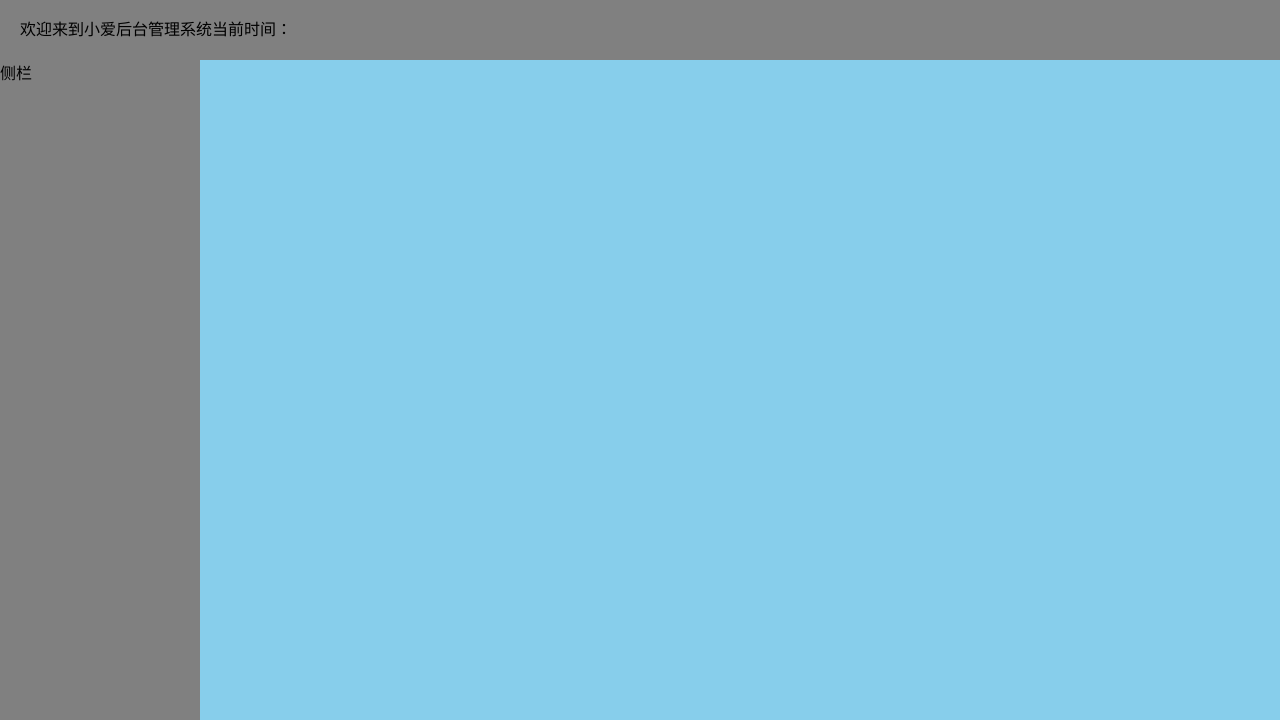
Repository: heyegang/vuex
Page: /
These files come from the project's save history. The page is drawn as it stood at one moment and after the next save; the edit follows.
The browser window is 1280 px wide. The pictures show the whole page.
The project was rebuilt for these pictures with package versions that can differ from the ones it lists, and the page was loaded fresh each time. Also part of the build but not shown: vue.config.js.

Above is the page before, as saved 2021-01-06 11:15:15.

### src/main.js
import Vue from "vue";
import App from "./App.vue";
import router from "./router";
import store from "./store";
import ElementUI from "element-ui";
import "element-ui/lib/theme-chalk/index.css"

Vue.use(ElementUI)
Vue.config.productionTip = false;

new Vue({
  router,
  store,
  render: h => h(App)
}).$mount("#app");

### src/App.vue
<template>
  <div id="app">
    <router-view />
  </div>
</template>

<style lang="scss">
*{
  margin: 0;
  padding: 0;
}
html,body,#app{
  height: 100%;
}
</style>

### src/router/index.js
import Vue from "vue";
import VueRouter from "vue-router";
import Home from "../views/Home.vue";
import Layout from "../views/layout/Layout.vue";

Vue.use(VueRouter);

const routes = [{
   path:"",
  component:Layout,
  children:[{
    path: "/",
    name: "Home",
    component: Home
  },

  ]},
  {
    path: "/login",
    name: "login",
    component: () => import('../views/login/Login.vue')
  },
];

const router = new VueRouter({
  mode: "history",
  base: process.env.BASE_URL,
  routes
});

export default router;

### src/store/index.js
import Vue from "vue";
import Vuex from "vuex";
import user from "./user"

Vue.use(Vuex);

export default new Vuex.Store({
  state: {
    // 存放数据
  },
  mutations: {
    // 同步修改state
  },
  actions: {},
  modules: {
    // 代表模块
    user
  }
});

### src/views/Home.vue
<template>
  <div></div>
</template>

<script>
export default {
  name: '',
  props:{},
  data () {
    return {
    }
  },
  components: {},
  methods: {},
  mounted() {},
  computed: {},
  watch: {}
}
</script>

<style lang='scss' scoped>

</style>

### src/views/layout/Layout.vue
<template>
    <div>
        <el-container>
        <el-header>
            <nav-header></nav-header>
        </el-header>
        <el-container>
            <el-aside width="200px">
                <nav-sidebar></nav-sidebar>
            </el-aside>
            <el-main>
                <router-view></router-view>
            </el-main>
        </el-container>
        </el-container>
    </div>
</template>

<script>
import NavHeader from "../../components/navheader/NavHeader"
import NavSidebar from "../../components/navsidebar/NavSidebar"
export default {
  name: '',
  props:{},
  data () {
    return {
    }
  },
  components: {
      NavHeader,
      NavSidebar,
  },
  methods: {},
  mounted() {},
  computed: {},
  watch: {}
}
</script>

<style lang='scss' scoped>
  .el-header, .el-footer {
    line-height: 60px;
    background-color: gray;
  }

  .el-aside {
    position: fixed;
    top: 60px;
    bottom: 0;
    background-color: gray;
  }

  .el-main {
    position: fixed;
    bottom: 0;
    right: 0;
    top: 60px;
    left: 200px;
    background-color: skyblue;


  }

  body > .el-container {
    margin-bottom: 40px;
  }

  .el-container:nth-child(5) .el-aside,
  .el-container:nth-child(6) .el-aside {
    line-height: 260px;
  }

  .el-container:nth-child(7) .el-aside {
    line-height: 320px;
  }
</style>

### src/store/user.js
import { Message } from "element-ui";
import api from '../http/api';
import router from '../router'

export default {
    namespaced:true,
    // 开启命名空间

    state: {
        // 存放数据
        users:[]
      },
      mutations: {
        // 同步修改state
        setUsers(state,data){
            state.user = data
        }
      },
      actions: {
        //   发请求
        // 所有的方法
        // 登录 每一个action的方法都有两个参数 第一个是store 第二个是请求的参数
        // store可以解构为commit dispatch(提交另外一个action)
        async login(_,params){
            let res = await api.login(params)
            if(res.meta.status === 200){
                // 请求成功 存用户 跳转路由 提示用户
                localStorage.setItem('user', JSON.stringify(res.data))
                localStorage.setItem('token', res.data.token)
                Message.success('登录成功')
                router.push('/')
            } else {
                Message.error(res.meta.msg)
            }
        },
        async getUsers({commit},params){
            let res = await api.getUsers(params)
            if(res.meta.status === 200) {
                commit('setUsers',res.data)
            }else {
                Message.error(res.meta.msg)
            }
        }
      },
}

### src/components/navheader/NavHeader.vue
<template>
  <div class="top">
      <div>
          欢迎来到小爱后台管理系统
      </div>
      <div class="box">
          当前时间：
          {{nowTime}}
      </div>
      <div>

      </div>
  </div>
</template>

<script>
export default {
  name: '',
  props:{},
  data () {
    return {
      nowTime:"",
    }
  },
  components: {},
  methods: {

     getTime(){
        let tiem = new Date()
				// setInterval(()=>{
				// 	//new Date() new一个data对象，当前日期和时间
                //     //toLocaleString() 方法可根据本地时间把 Date 对象转换为字符串，并返回结果。
                //     this.nowtime = new Date().toLocaleString();
                //     console.log(this.nowTime)
				// },1000)
            }

  },
  mounted() {
      this.getTime();
  },
  computed: {},
  watch: {},
}
</script>

<style lang='scss' scoped>
.top{
    display: flex;
}
.box{
    width: 200px;
}
</style>

### src/components/navsidebar/NavSidebar.vue
<template>
  <div>
      侧栏
  </div>
</template>

<script>
export default {
  name: '',
  props:{},
  data () {
    return {
    }
  },
  components: {},
  methods: {},
  mounted() {},
  computed: {},
  watch: {}
}
</script>

<style lang='scss' scoped>

</style>

### src/http/api.js
import http from './index'

export default{
     login({username,password}){
        return http.post('/login',{
            username,
            password
        })
     },
     getUsers({pagenum,pagesize,query}){
         if(query){
             return http.get(`/users?pagenum=${pagenum}&pagesize=${pagesize}&query=${query}`)
         } else {
             return http.get(`/users?pagenum=${pagenum}&pagesize=${pagesize}`)
         }

     },
}

### src/http/index.js
import axios from 'axios'
import nprogress from 'nprogress'
import 'nprogress/nprogress.css'
import {Message} from 'element-ui'

// 需要区分当前环境是开发环境(development)还是生产环境(production)
let isPro = process.env.NODE_ENV === 'productin'

const http = axios.create({
    baseURL: isPro ? '线上接口路径':'/api',
    timeout:10000
})

// 请求拦截
http.interceptors.request.use(config =>{
    nprogress.start()
    // 配置token token是鉴权的一种方式
    // 在登陆成功后 会返回当前用户的token 存在本地
    // 可用（百度：js加密插件）加密插件加密token
    let token = localStorage.getItem('token')
    // 账号密码和token分开存
    if(token){
        config.headers.Authorization = token
    }
    return config
},err =>{
    nprogress.done()
    return Promise.reject(err)
})

// 响应拦截
http.interceptors.response.use(res => {
    nprogress.done()
    return res.data
},err => {

    // 请求失败
    let status = err.response && err.response.status
    // 状态码
    if (status === 400) {
        Message.error('参数错误')
    }
    if (status === 401) {
        Message.error('没有权限')
    }
    if (status === 403) {
        Message.error('登录过期')
    }
    if (status === 404) {
        Message.error('路径错误')
    }
    if (status === 500) {
        Message.error('服务器错误')
    }
    if (status === 403) {
        Message.error('服务器在维护')
    }
    return Promise.reject(err)
})


export default http

Loaded but not shown: public/index.html (common file)

After the next save:
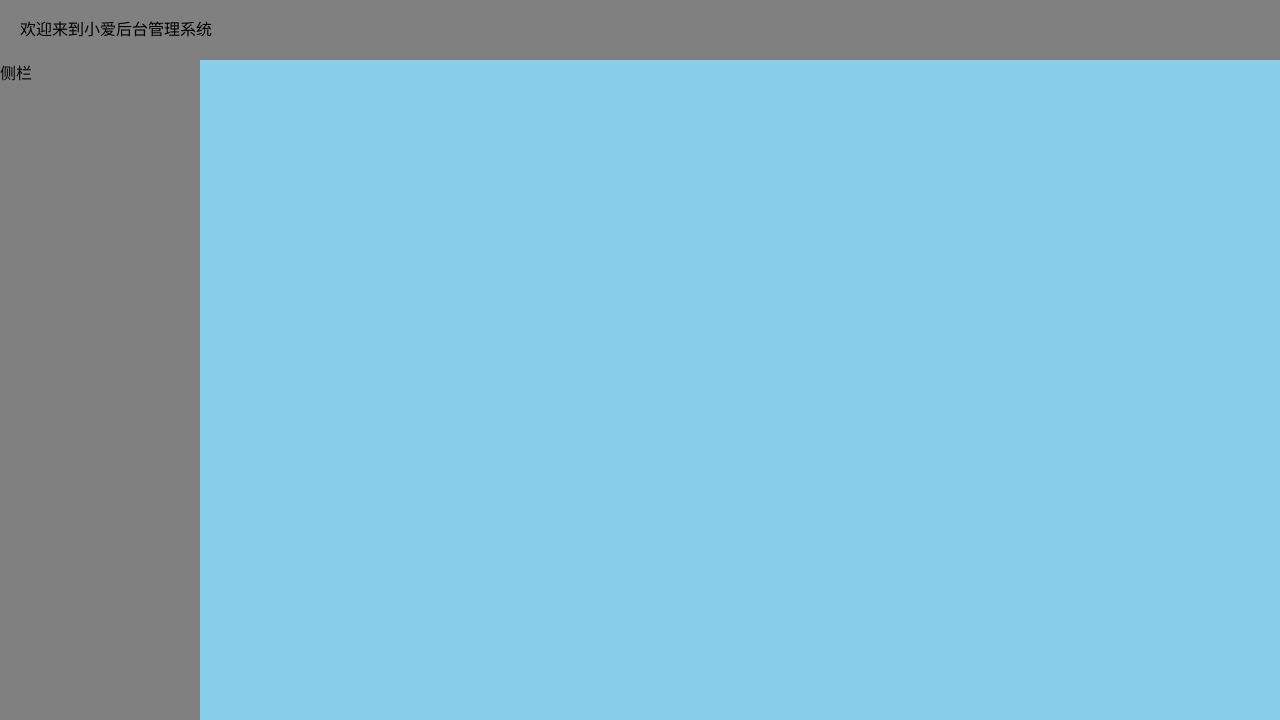
Saved 23 s later.
--- a/src/components/navheader/NavHeader.vue
+++ b/src/components/navheader/NavHeader.vue
@@ -4,8 +4,7 @@
           欢迎来到小爱后台管理系统
       </div>
       <div class="box">
-          当前时间：
-          {{nowTime}}
+
       </div>
       <div>
 
@@ -38,6 +37,7 @@ export default {
   },
   mounted() {
       this.getTime();
+
   },
   computed: {},
   watch: {},
